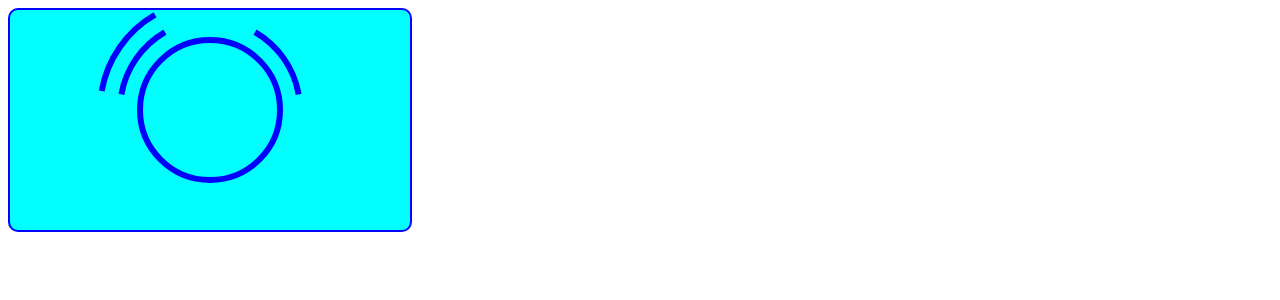
Repository: Tan-Khang21/TH_TKW--Buoi_05
Page: Bai_Tap_Ve_Nha/Bai_01/canvas10.html
These files come from the project's save history. The page is drawn as it stood at one moment and after the next save; the edit follows.
The browser window is 1280 px wide. The pictures show the whole page.

Above is the page before, as saved 2024-03-10 21:56:18.

### Bai_Tap_Ve_Nha/Bai_01/canvas10.html
<!DOCTYPE html>
<html lang="en">
  <head>
    <meta charset="UTF-8" />
    <meta name="viewport" content="width=device-width, initial-scale=1.0" />
    <title>Document</title>
  </head>
  <body>
    <canvas
      id="myCanvas"
      style="
        border: 2px solid blue;
        background-color: aqua;
        border-radius: 10px;
      "
      width="400px"
      height="220px"
    ></canvas>
    <script>
      var canvas = document.getElementById("myCanvas"),
        ctx = canvas.getContext("2d");
      ctx.beginPath();
      ctx.arc(200, 100, 70, 0, 2 * Math.PI);
      ctx.strokeStyle = "blue";
      ctx.lineWidth = 6;
      ctx.stroke();

      ctx.beginPath();
      ctx.arc(200, 100, 90, (19 / 18) * Math.PI, (4 / 3) * Math.PI);
      ctx.strokeStyle = "blue";
      ctx.lineWidth = 6;
      ctx.stroke();
      ctx.beginPath();
      ctx.arc(200, 100, 110, (19 / 18) * Math.PI, (4 / 3) * Math.PI);
      ctx.strokeStyle = "blue";
      ctx.lineWidth = 6;
      ctx.stroke();
      ctx.beginPath();
      ctx.arc(200, 100, 90, (5 / 3) * Math.PI, (35 / 18) * Math.PI);
      ctx.strokeStyle = "blue";
      ctx.lineWidth = 6;
      ctx.stroke();
    </script>
  </body>
</html>

After the next save:
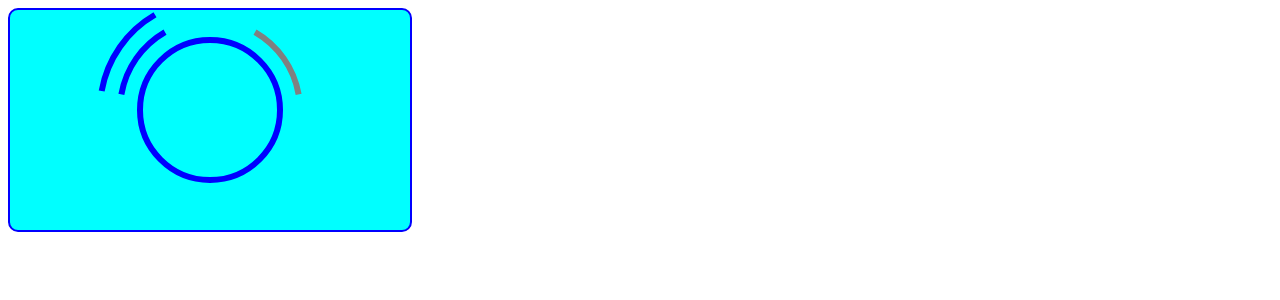
Saved 15 s later.
--- a/Bai_Tap_Ve_Nha/Bai_01/canvas10.html
+++ b/Bai_Tap_Ve_Nha/Bai_01/canvas10.html
@@ -37,7 +37,7 @@
       ctx.stroke();
       ctx.beginPath();
       ctx.arc(200, 100, 90, (5 / 3) * Math.PI, (35 / 18) * Math.PI);
-      ctx.strokeStyle = "blue";
+      ctx.strokeStyle = "gray";
       ctx.lineWidth = 6;
       ctx.stroke();
     </script>
